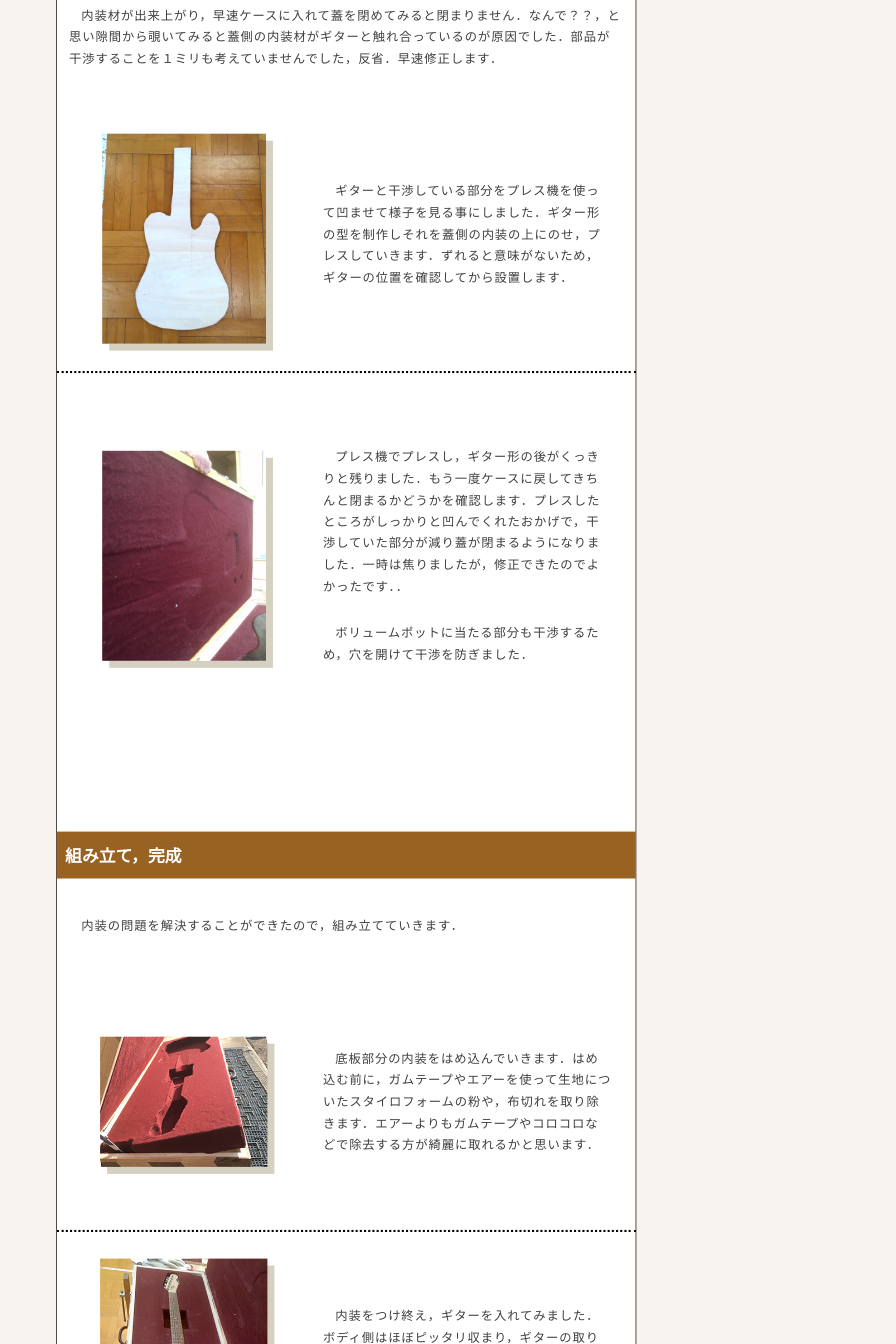
Repository: lavien-loses/urushi-guitar
Page: c_interior.html
These files come from the project's save history. The page is drawn as it stood at one moment and after the next save; the edit follows.
The browser window is 1280 px wide. The pictures show the part of the page from y = 4580 to 6500 px (the page is 7571 px tall before and 7743 px after), at 70% of full size.
Some web fonts or font styles are not loaded; a fallback is used.

Above is the page before, as saved 2023-02-14 10:12:31.

After the next save:
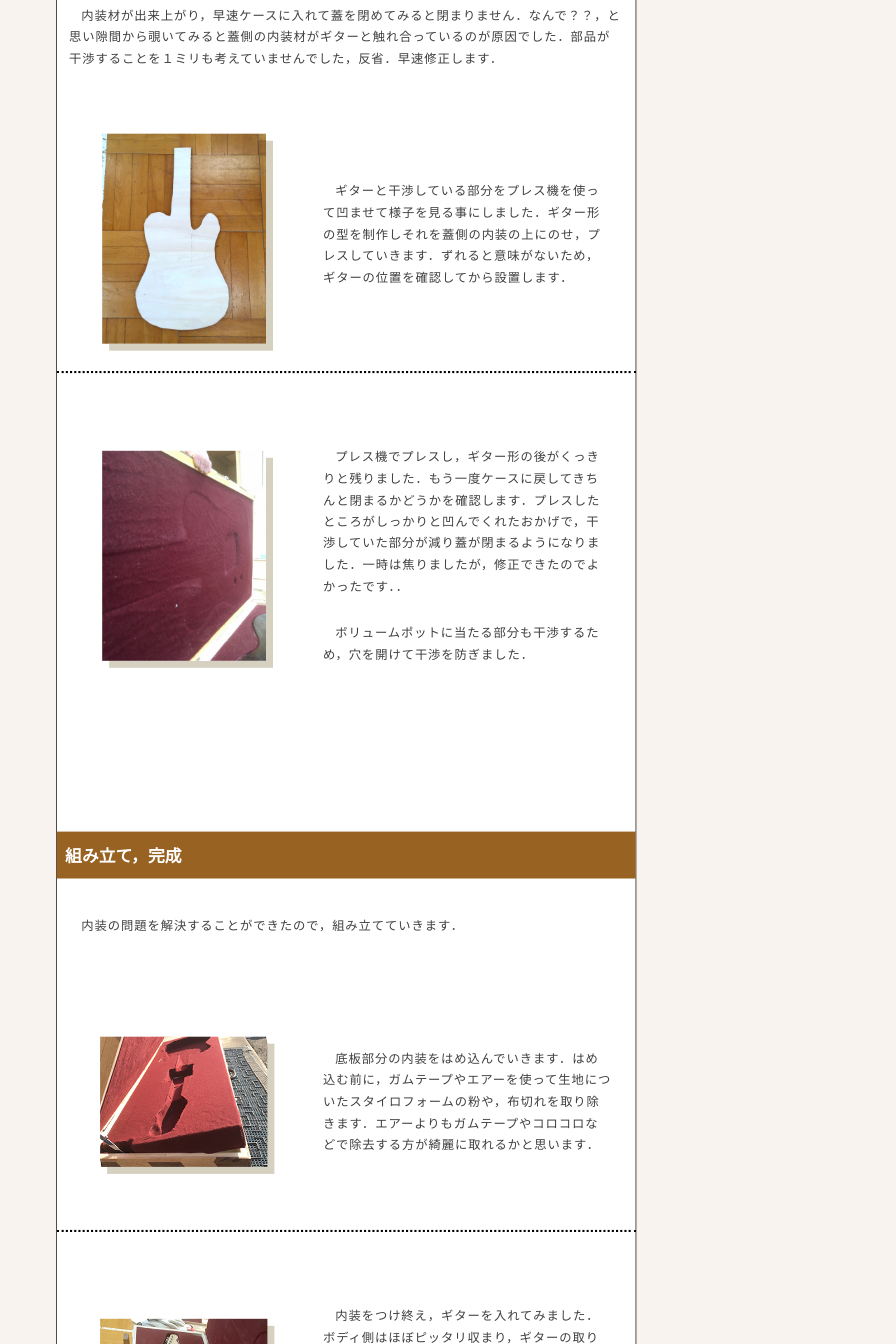
Saved 2 min 1 s later.
--- a/c_interior.html
+++ b/c_interior.html
@@ -271,6 +271,9 @@
               <p>
                 内装をつけ終え，ギターを入れてみました．ボディ側はほぼピッタリ収まり，ギターの取り出し口もちょうど良い深さに仕上がりました．心配していた蓋もしっかり閉まるようになったので一安心です．
               </p>
+              <p>
+                スタイロフォームの細かい粉がどうしても生地表面に付着してしまうので，地道にガムテープなどで除去します．強く撮ってしまうと生地が汚くなってしまい，返って逆効果となるので優しく行いました．
+              </p>
             </div>
           </div>
 
